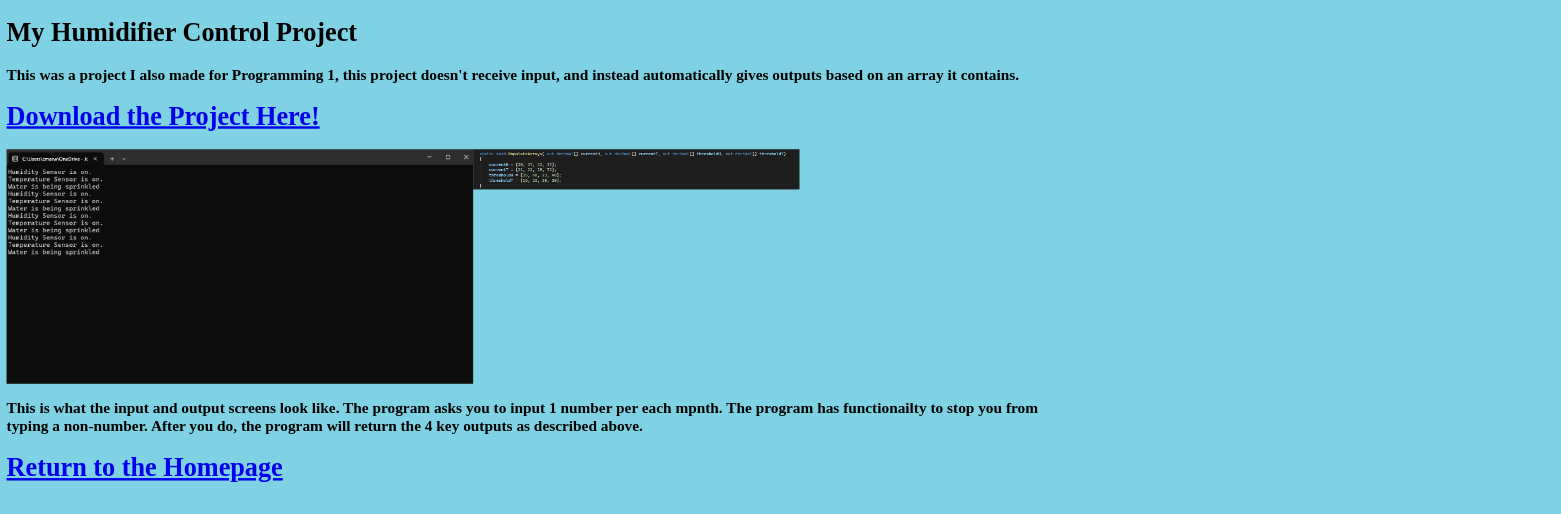
Repository: captainm64/captainm64
Page: projectshow2.html
An editor plug-in stored every save of this project. The page is shown before and after the next save, followed by the edit.
The browser window is 1280 px wide. The page is 1904 px wide, so the pictures cover 1904 px, including what lies to the right of the window. The pictures show the whole page, at 82% of full size.

Above is the page before, as saved 2026-05-12 10:24:39.

### projectshow2.html
<!DOCTYPE html>
<html>
    <head>
        <link rel = "stylesheet" href = "./styles/index.css" />
         <link rel = "stylesheet" href = "./styles/global.css" />
         <title>Project</title>
    </head>
<body>
<main>
<h1>My Humidifier Control Project</h1>

<h3>This was a project I also made for Programming 1, this project doesn't receive input, and instead automatically gives outputs based on an array it contains.</h3>

 <a href = https://github.com/captainm64/Weather_Array.git><h1>Download the Project Here!</h1></a>


<div class = "demos">
 <img src="../../assets/images/demo3.png" alt = "Code demonstration: numbers being put in"/>

 <div class = "img2">
 <img src="../../assets/images/demo4.png" alt = "Code demonstration: result"/>
 </div>
</div>

<div class = "dscrib">

<h3> This is what the input and output screens look like. The program asks you to input 1 number per each mpnth. The program has functionailty to stop you from typing a non-number. After you do, the program will return the 4 key outputs as described above.</h3>

</div>

 <a href = index.html><h1>Return to the Homepage</h1></a>
</main>

### styles/index.css
html{
   background-color: rgb(126, 210, 227);
}


img{

   height: 55%;
   width: 45%;
}

.Me{

   display: flex;

   flex-direction: column;
}

.projtxt{

   display: flex;

   flex-direction: column;

}

.projtxt img {

   height: 100%;
   width: 100%

}

.demos{

   display: flex;

   justify-content: space-evenly;

   flex-direction: column;

}

.demos{

   height: 50rem;
   width: 80rem
}

.img2{

      height: 30%;
      width: 100%
}

#Main{

font-size: 30rem;
font-family: "timesnewromanbold";
color: rgb(0, 0, 0);


}


/*Tablet*/
@media (min-width: 768px) {

    img{

   height: 95%;
   width: 50%;
   }

   .Me{

   display: flex;

   flex-direction: row;
   }

.projtxt{

      display: flex;
      flex-direction: row;
      font-size: 80%

   }

   .projtxt img {

   width: 50%

  }

  .demos{

   height: 70%;
   width: 150%;


   display: flex;
   flex-direction: row
}

}

/* laptop */
@media(min-width: 1025px)
{
     img{

   height: 95%;
   width: 30%;
   }


  .Me{

   display: flex;

   flex-direction: row;
   }

   .projtxt{

          display: flex;

      flex-direction: row;

      font-size: 60%
   }


   .projtxt img {

   height: 80%

  }

  .demos{

   height: 70%;
   width: 150%;
    display: flex;
    justify-content: left;
   flex-direction: row
}

}

### styles/global.css

@font-face {

    font-family: "timesnewroman";
    src: url(/assests/fonts/timesnewroman.ttf);
}

After the next save:
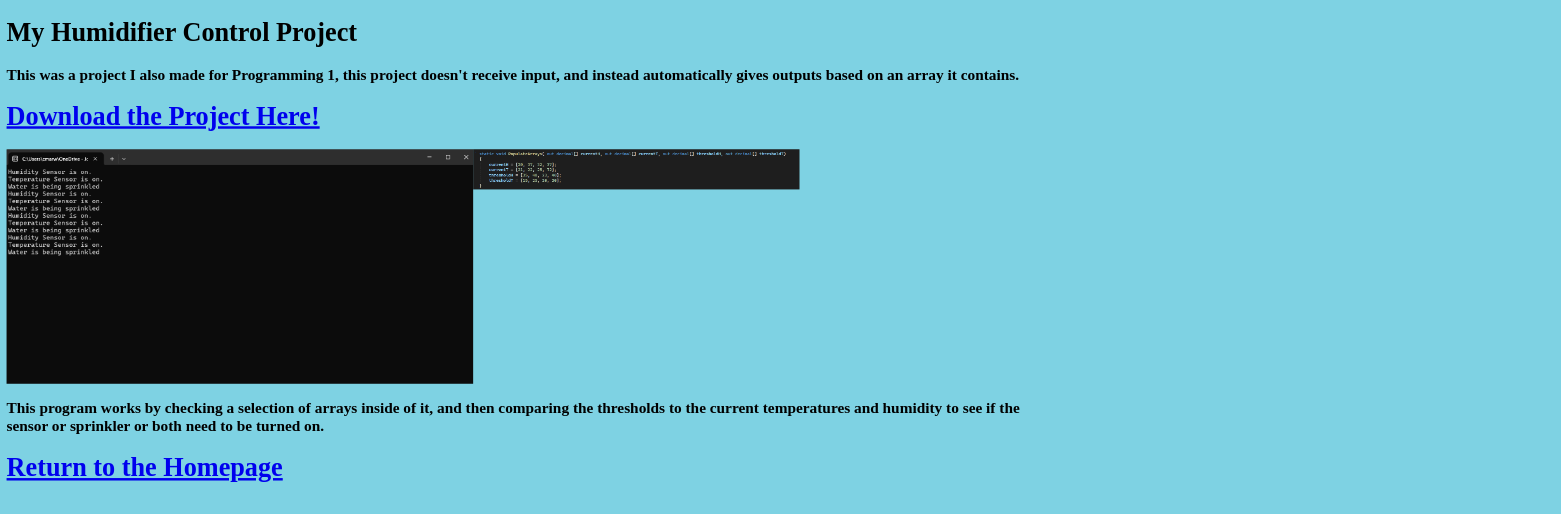
Saved 3 min 31 s later.
--- a/projectshow2.html
+++ b/projectshow2.html
@@ -15,16 +15,16 @@
 
 
 <div class = "demos">
- <img src="../../assets/images/demo3.png" alt = "Code demonstration: numbers being put in"/>
+ <img src="../../assets/images/demo3.png" alt = "Output of the program"/>
 
  <div class = "img2">
- <img src="../../assets/images/demo4.png" alt = "Code demonstration: result"/>
+ <img src="../../assets/images/demo4.png" alt = "Array inside the programs code"/>
  </div>
 </div>
 
 <div class = "dscrib">
 
-<h3> This is what the input and output screens look like. The program asks you to input 1 number per each mpnth. The program has functionailty to stop you from typing a non-number. After you do, the program will return the 4 key outputs as described above.</h3>
+<h3> This program works by checking a selection of arrays inside of it, and then comparing the thresholds to the current temperatures and humidity to see if the sensor or sprinkler or both need to be turned on.</h3>
 
 </div>
 
